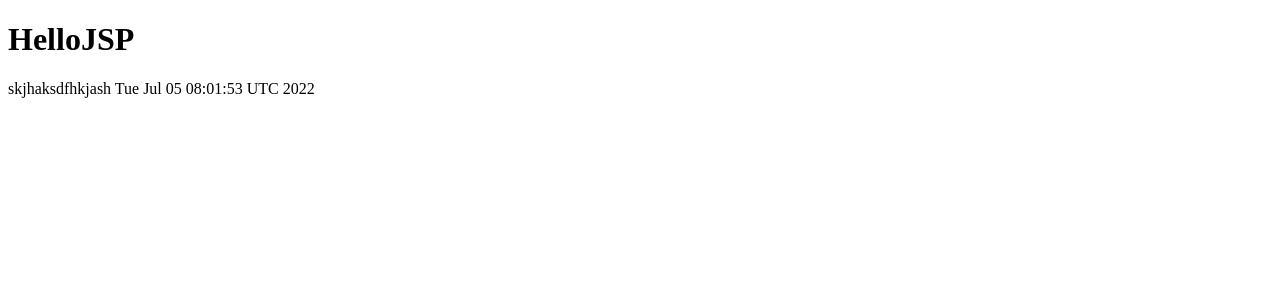
Repository: gkalivar/Java-projects
Page: http://localhost/HelloJSP/NewFile.jsp
An editor plug-in stored every save of this project. The page is shown before and after the next save, followed by the edit.
The browser window is 1280 px wide. The pictures show the whole page.
The page is served by Tomcat 9.

Above is the page before, as saved 2022-07-05 08:10:06.

### HelloJSP/src/main/webapp/NewFile.jsp
<%@ page language="java" contentType="text/html; charset=ISO-8859-1"
    pageEncoding="ISO-8859-1"%>
<!DOCTYPE html>
<html>
<head>
<meta charset="ISO-8859-1">
<title>Insert title here</title>
</head>
<body>
<h1>HelloJSP</h1>

skjhaksdfhkjash

<%= new java.util.Date() %>

</body>
</html>

After the next save:
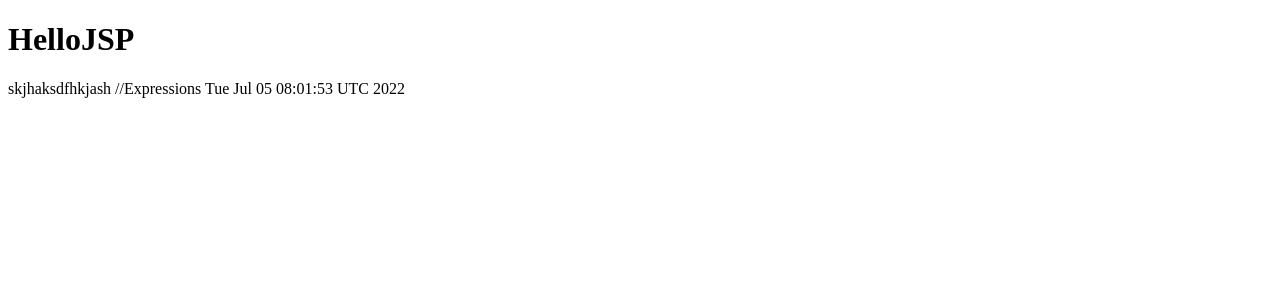
Saved 15 s later.
--- a/HelloJSP/src/main/webapp/NewFile.jsp
+++ b/HelloJSP/src/main/webapp/NewFile.jsp
@@ -11,6 +11,8 @@
 
 skjhaksdfhkjash
 
+//Expressions
+
 <%= new java.util.Date() %>
 
 </body>
